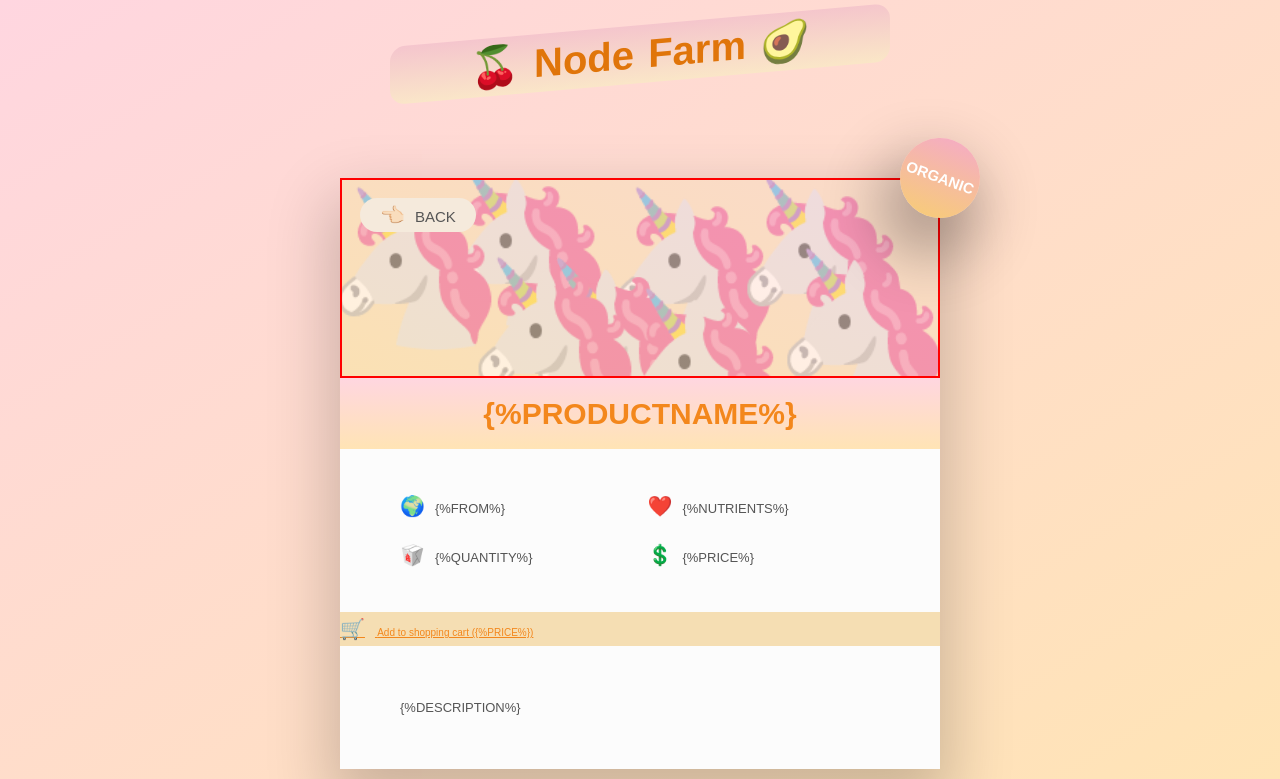
Repository: Kubraaygun/NodeFarm_Backend
Page: templates/product.html
The author's editor kept a copy of each file at every save. The page is drawn from the files as they stood at one save, then again after the next save.
The browser window is 1280 px wide. The pictures show the whole page.

Above is the page before, as saved 2025-09-09 23:22:05.

### templates/product.html
<!DOCTYPE html>
<html lang="en">
  <head>
    <meta charset="UTF-8" />
    <meta name="viewport" content="width=device-width, initial-scale=1.0" />
    <title>{%PRODUCTNAME%} {%IMAGE%} /// NODE FARM</title>
    <style>
      *,
      *::before,
      *::after {
        margin: 0;
        padding: 0;
        box-sizing: inherit;
      }
      html {
        font-size: 10px;
        box-sizing: border-box;
      }
      body {
        padding: 20px 10px 10px;
        line-height: 1.7;
        font-family: sans-serif;
        color: #555;
        background: linear-gradient(to bottom right, #ffd6e0, #ffe4b5);
        min-height: 100vh;
      }

      h1 {
        font-size: 4rem;
        color: rgb(224, 117, 10);
        transform: skewY(-5deg);
        text-align: center;
        position: relative;
        word-spacing: 3px;
      }
      h1::before {
        content: "";
        display: block;
        height: 85%;
        width: 50%;
        max-width: 500px;
        min-width: 350px;
        background: linear-gradient(
          to bottom,
          #f0bdc9,
          /* canlı pembe */ #f8ebc3
        );
        position: absolute;
        z-index: -1;
        left: 50%;
        top: 50%;
        opacity: 0.7;
        transform: translate(-50%, -50%);
        border-radius: 15px;
      }

      .container {
        width: 100%;
        margin: 0 auto;
      }
      .product {
        width: 80%;
        max-width: 60rem;
        margin: 0 auto;
        position: relative;
        background: wheat;
        margin-top: 9rem;
        box-shadow: 0 3rem 6rem 1rem rgba(0, 0, 0, 0.2);
      }
      .product__hero {
        position: relative;
        height: 20rem;
        overflow: hidden;
        border: 2px solid red;
      }
      .product__hero::before {
        content: "";
        display: block;
        height: 100%;
        width: 100%;
        z-index: 100;
        position: absolute;
        top: 0;
        left: 0;
        background: linear-gradient(to left bottom, #ffd6e0, #ffe4b5);
        opacity: 0.5;
      }

      .product__emoji {
        font-size: 15rem;
        position: absolute;
      }
      .product__emoji--1 {
        top: -4rem;
        left: -2rem;
        z-index: 10;
      }
      .product__emoji--2 {
        top: -6rem;
        left: 9rem;
      }
      .product__emoji--3 {
        top: -4rem;
        right: 15rem;
      }
      .product__emoji--4 {
        top: -5rem;
        right: 2rem;
      }
      .product__emoji--5 {
        bottom: -9rem;
        left: 18rem;
      }
      .product__emoji--6 {
        bottom: -9rem;
        left: 18rem;
      }
      .product__emoji--7 {
        bottom: -12rem;
        right: 14rem;
      }
      .product__emoji--8 {
        bottom: -8rem;
        right: -2rem;
      }
      .product__emoji--9 {
        top: 3rem;
        left: 12rem;
      }
      .product__organic {
        position: absolute;
        top: -4rem;
        right: -4rem;
        z-index: 1000;
        background: linear-gradient(to bottom, #f5aec0, #f7ca7c);
        border-radius: 50%;
        height: 8rem;
        width: 8rem;
        display: flex;
        align-items: center;
        justify-content: center;
        text-transform: uppercase;
        transform: rotate(20deg);
        box-shadow: 0 3rem 6rem 1rem rgba(0, 0, 0, 0.3);
      }
      .product__organic h5 {
        color: rgb(255, 255, 255);
        font-size: 1.5rem;
        font-weight: 900;
        text-transform: uppercase;
      }
      .product__back:link,
      .product__back:visited {
        position: absolute;
        background-color: rgb(245, 234, 220);
        z-index: 1000;
        top: 2rem;
        left: 2rem;
        font-size: 1.5rem;
        text-decoration: none;
        text-transform: uppercase;
        padding: 0 2rem;
        border-radius: 30rem;
        transition: all 0.3s;
        color: #555;
      }

      .product__back:hover,
      .product__back:active {
        background-color: rgb(247, 216, 175);
      }

      .product__name {
        background: linear-gradient(to bottom, #ffd6e0, #ffe4b5);
        padding: 1rem;
        font-size: 3rem;
        text-align: center;
        word-spacing: 2px;
        color: rgb(243, 135, 28);
      }
      .product__details {
        background-color: #fcfcfc;
        padding: 4rem 6rem;
        font-size: 1.3rem;
        display: grid;
        grid-template-columns: 1fr 1fr;
        grid-gap: 1.5rem;
      }
      .product__description {
        padding: 5rem 6rem;
        font-size: 1.3rem;
        line-height: 1.8;
        background-color: #fcfcfc;
      }
      fcfcfc .product__link:link,
      .product__link:visited {
        display: block;
        background-color: #f1d29c;
        color: rgb(243, 135, 28);
        font-size: 1.2rem;
        font-weight: 700;
        text-transform: uppercase;
        text-decoration: none;
        text-align: center;
        padding: 1.5rem;
        transform: scale(1.04) skewX(-20deg);
        box-shadow: 0 3rem 6rem 1rem rgba(0, 0, 0, 0.1);
        display: flex;
        justify-content: center;
        align-items: center;
      }
      .product__link span {
        transform: skewX(20deg);
      }
      .emoji-left {
        font-size: 2rem;
        margin-right: 1rem;
      }
      .emoji-right {
        font-size: 2rem;
        margin-right: 1rem;
      }
    </style>
  </head>
  <body>
    <div class="container">
      <h1>🍒 Node Farm 🥑</h1>
      <figure class="product">
        <div class="product__organic {%NOT_ORGANIC%}">
          <h5>Organic</h5>
        </div>
        <a href="/overview" class="product__back">
          <span class="emoji-left">👈🏻</span>Back</a
        >
        <div class="product__hero">
          <span class="product__emoji product__emoji--1">🦄</span>
          <span class="product__emoji product__emoji--2">🦄</span>
          <span class="product__emoji product__emoji--3">🦄</span>
          <span class="product__emoji product__emoji--4">🦄</span>
          <span class="product__emoji product__emoji--5">🦄</span>
          <span class="product__emoji product__emoji--6">🦄</span>
          <span class="product__emoji product__emoji--7">🦄</span>
          <span class="product__emoji product__emoji--8">🦄</span>
          <span class="product__emoji product__emoji--9">🦄</span>
        </div>

        <h2 class="product__name">{%PRODUCTNAME%}</h2>
        <div class="product__details">
          <p><span class="emoji-left">🌍</span>{%FROM%}</p>
          <p><span class="emoji-left">❤️</span>{%NUTRIENTS%}</p>
          <p><span class="emoji-left">🥡</span>{%QUANTITY%}</p>
          <p><span class="emoji-left">💲</span>{%PRICE%}</p>
        </div>

        <a href="" class="product__link">
          <span class="emoji-left">🛒</span>
          <span>Add to shopping cart ({%PRICE%})</span>
        </a>
        <p class="product__description">{%DESCRIPTION%}</p>
      </figure>
    </div>
  </body>
</html>

After the next save:
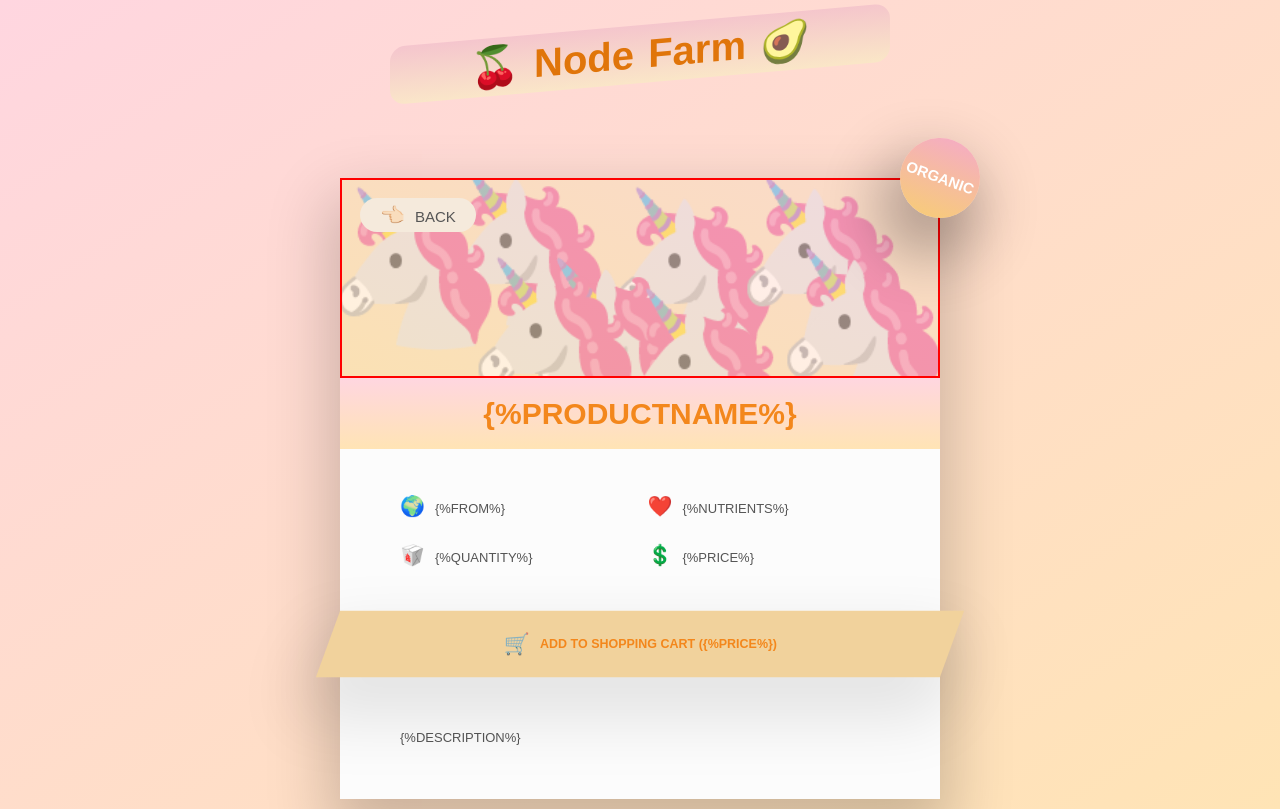
Saved 15 s later.
--- a/templates/product.html
+++ b/templates/product.html
@@ -192,7 +192,7 @@
         line-height: 1.8;
         background-color: #fcfcfc;
       }
-      fcfcfc .product__link:link,
+      .product__link:link,
       .product__link:visited {
         display: block;
         background-color: #f1d29c;
